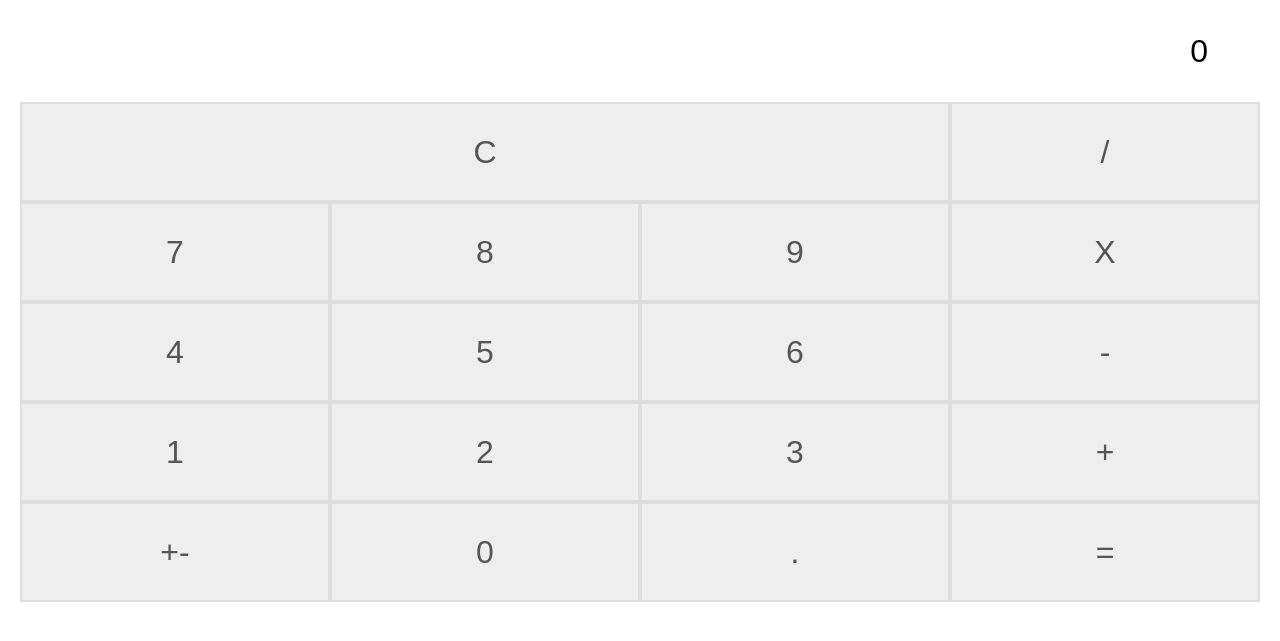
Repository: aaronmatei/react-calc
Page: /
The author's editor kept a copy of each file at every save. The page is drawn from the files as they stood at one save, then again after the next save.
The browser window is 1280 px wide. The pictures show the whole page.
The project was rebuilt for these pictures with package versions that can differ from the ones it lists, and the page was loaded fresh each time.

Above is the page before, as saved 2019-12-13 11:06:28.

### src/App.js
import React, { Component } from "react";
import Button from "./components/Button";
import "./App.css";
import "./css/styles.css";

class App extends Component {
	state = {
		current: "0",
		previous: [],
	};

	reset = () => {
		this.setState({ result: "0" });
	};
	addToCurrent = symbol => {
		this.setState({ current: this.state.current + symbol });
	};

	render() {
		const buttons = [
			{ symbol: "C", cols: 3, action: this.reset },
			{ symbol: "/", cols: 1, action: this.addToCurrent },
			{ symbol: "7", cols: 1, action: this.addToCurrent },
			{ symbol: "8", cols: 1, action: this.addToCurrent },
			{ symbol: "9", cols: 1, action: this.addToCurrent },
			{ symbol: "X", cols: 1, action: this.addToCurrent },
			{ symbol: "4", cols: 1, action: this.addToCurrent },
			{ symbol: "5", cols: 1, action: this.addToCurrent },
			{ symbol: "6", cols: 1, action: this.addToCurrent },
			{ symbol: "-", cols: 1, action: this.addToCurrent },
			{ symbol: "1", cols: 1, action: this.addToCurrent },
			{ symbol: "2", cols: 1, action: this.addToCurrent },
			{ symbol: "3", cols: 1, action: this.addToCurrent },
			{ symbol: "+", cols: 1, action: this.addToCurrent },
			{ symbol: "+-", cols: 1, action: this.addToCurrent },
			{ symbol: "0", cols: 1, action: this.addToCurrent },
			{ symbol: ".", cols: 1, action: this.addToCurrent },
			{ symbol: "=", cols: 1, action: this.addToCurrent },
		];
		return (
			<div className='App'>
				<input className='result' type='text' value={this.state.current} onChange={null} />

				{buttons.map((btn, idx) => {
					return (
						<Button key={idx} symbol={btn.symbol} cols={btn.cols} action={symbol => btn.action(symbol)} />
					);
				})}
			</div>
		);
	}
}

export default App;

### src/components/Button.jsx
import React, { Component } from "react";

class Button extends Component {
	render() {
		return (
			<div className={`column-${this.props.cols}`}>
				<button className='calc-button' onClick={() => this.props.action(this.props.symbol)}>
					{this.props.symbol}
				</button>
			</div>
		);
	}
}

export default Button;

### src/App.css
.App {
	text-align: center;
	align-items: center;
	padding-left: 20px;
	padding-right: 20px;
	margin-right: auto;
	margin-left: auto;
}

### src/css/styles.css
.column-3 {
	width: 75%;
	float: left;
}
.column-2 {
	width: 50%;
	float: left;
}
.column-1 {
	width: 25%;
	float: left;
}
button.calc-button {
	width: 100%;
	height: 100px;
	border: 2px solid #ddd;
	background: #eee;
	font-size: 32px;
	color: #555;
}

input.result {
	height: 100px;
	width: auto;
	border: none;
	text-align: right;
	font-size: 32px;
	position: relative;
	max-width: 100vw;
	margin-right: 50px;
	float: right;
}

Loaded but not shown: src/index.js (common file); src/index.css (common file); src/serviceWorker.js (common file)

After the next save:
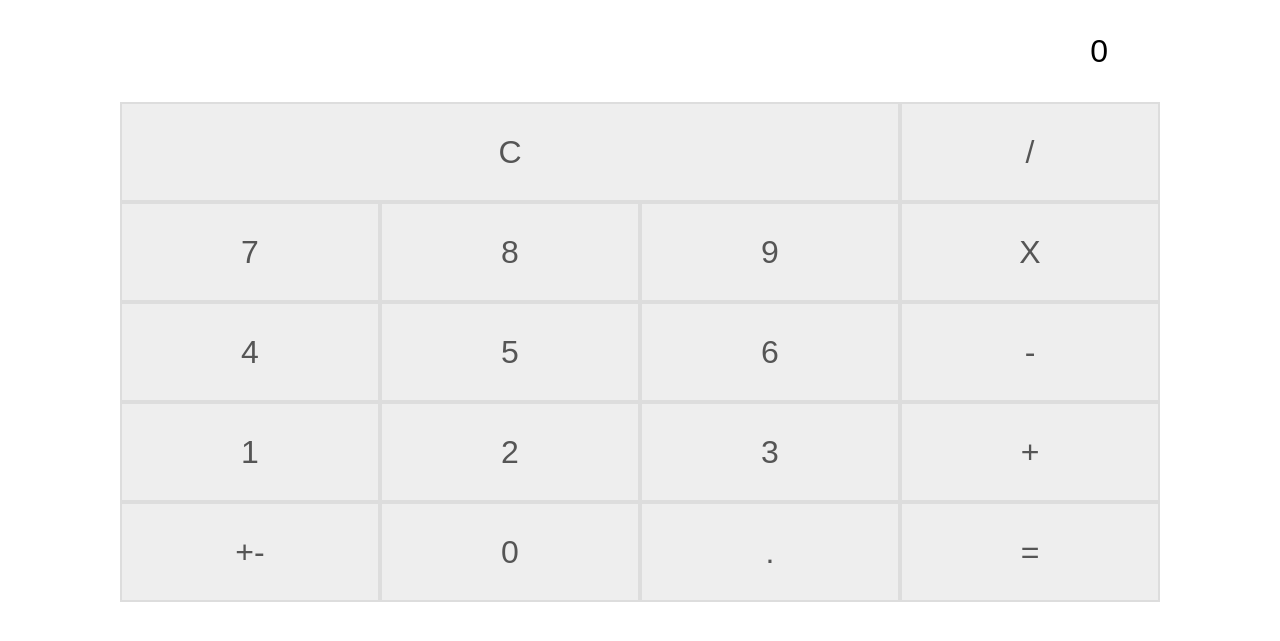
Saved 12 s later.
--- a/src/App.css
+++ b/src/App.css
@@ -1,8 +1,8 @@
 .App {
 	text-align: center;
 	align-items: center;
-	padding-left: 20px;
-	padding-right: 20px;
+	padding-left: 120px;
+	padding-right: 120px;
 	margin-right: auto;
 	margin-left: auto;
 }
